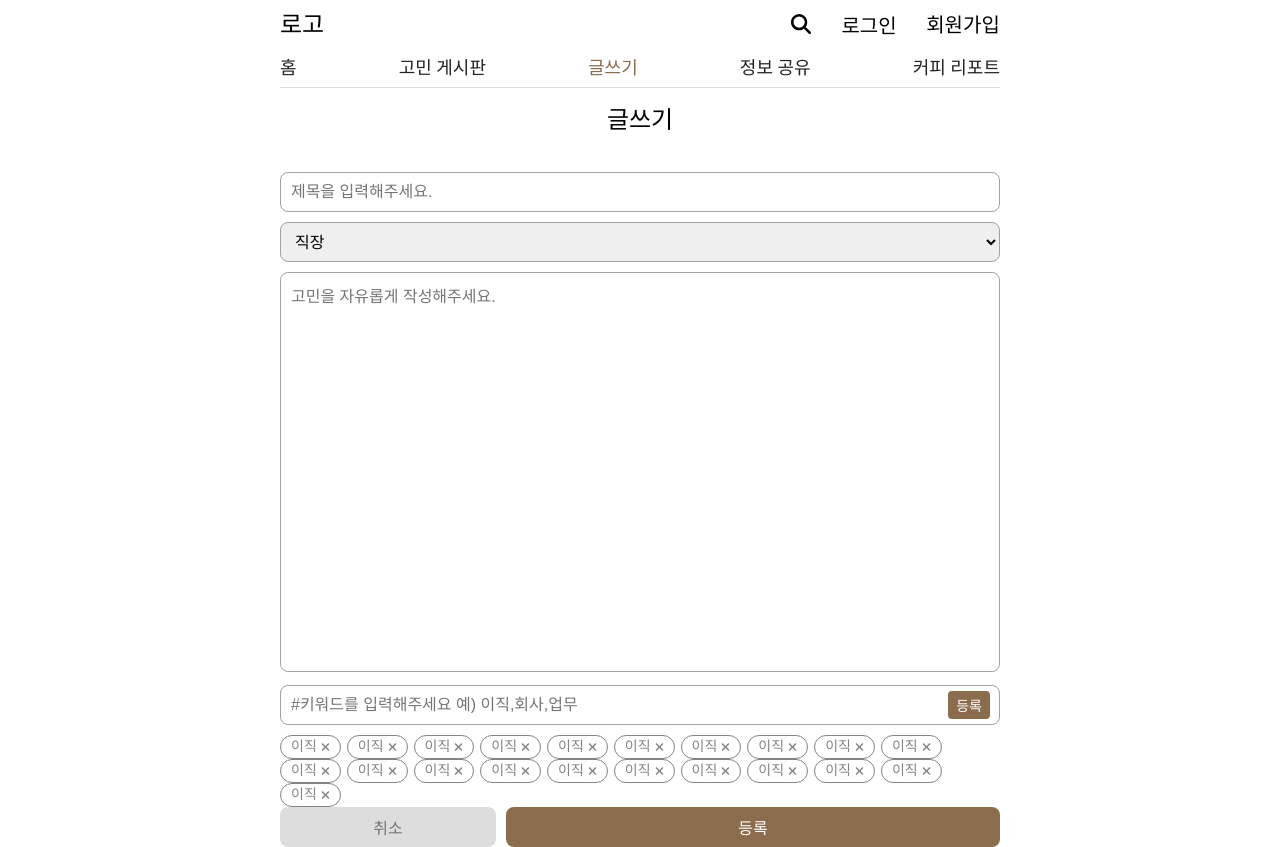
Repository: zlazlazla35/coffee
Page: /writing
These files come from the project's save history. The page is drawn as it stood at one moment and after the next save; the edit follows.
The browser window is 1280 px wide. The pictures show the whole page.
The page's requests for data from a server got no answer. Some web fonts or font styles are not loaded; a fallback is used. The project was rebuilt for these pictures with package versions that can differ from the ones it lists, and the page was loaded fresh each time. The framework's server and built-in components were replaced by stand-ins that run in the browser. No one was signed in, and anything a server would have sent is missing. Also part of the build but not shown: next.config.mjs, src/app/LogOutButton.js.

Above is the page before, as saved 2025-01-08 17:44:00.

After the next save:
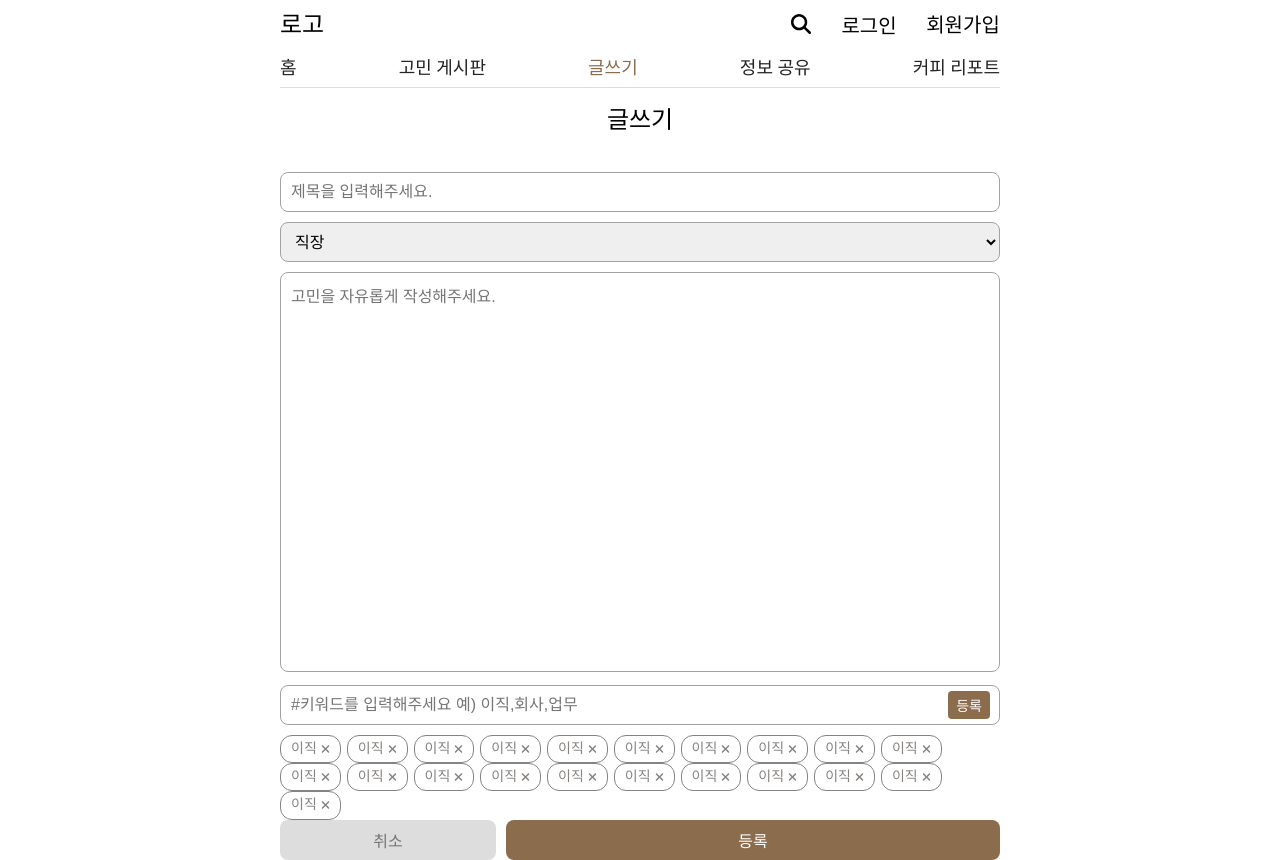
Saved 13 s later.
--- a/src/app/globals.css
+++ b/src/app/globals.css
@@ -122,7 +122,7 @@
 .writing textarea {width: 100%; height: 400px; box-sizing: border-box; padding: 10px; font-size: 16px; margin-bottom: 10px; border-radius: 8px; border: 1px solid #a2a2a2;}
 .writing .keyWord_box {position: relative; margin-bottom: 10px;}
 .writing .keyWord_box .keyWord_btn{position: absolute; right: 10px; top: 50%; transform: translateY(-50%); margin: 0; padding: 4px 8px; background: #8b6d4e; color: #fff; font-size: 14px; border: none; border-radius: 4px;}
-.writing .keyWord_tag {width: 100%; float: left;}
+.writing .keyWord_tag {width: 100%; float: left; line-height: 1.3;}
 .writing .keyWord_tag li { float: left; display: inline-block; border: 1px solid #868380; color: #868380; box-sizing: border-box; padding: 4px 10px; border-radius: 12px; margin-right: 6px; font-size: 14px;}
 .writing .keyWord_tag li:last-child {margin-right: 0;}
 .writing .keyWord_tag li svg {font-size: 12px; margin-left: 4px;}

After the save that followed:
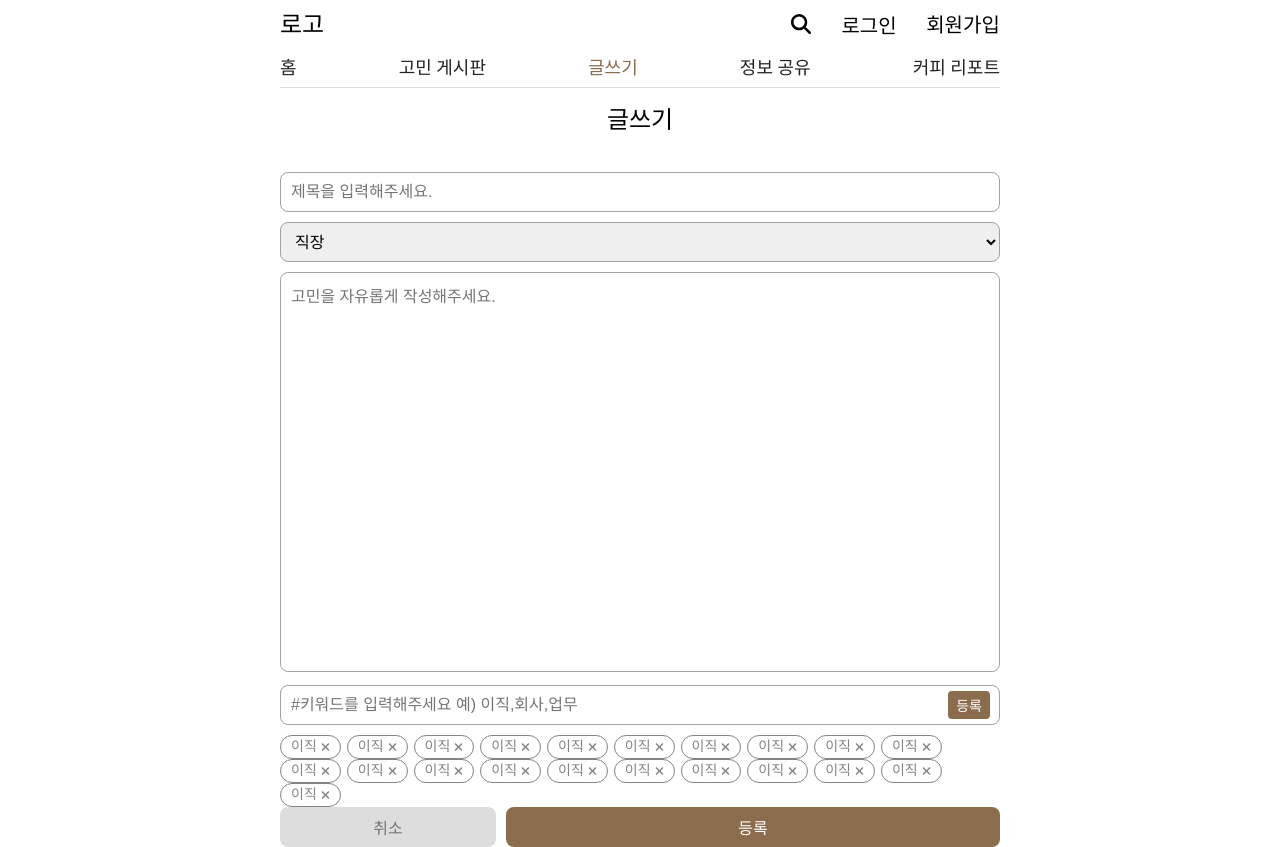
Saved 7 s later.
--- a/src/app/globals.css
+++ b/src/app/globals.css
@@ -122,7 +122,7 @@
 .writing textarea {width: 100%; height: 400px; box-sizing: border-box; padding: 10px; font-size: 16px; margin-bottom: 10px; border-radius: 8px; border: 1px solid #a2a2a2;}
 .writing .keyWord_box {position: relative; margin-bottom: 10px;}
 .writing .keyWord_box .keyWord_btn{position: absolute; right: 10px; top: 50%; transform: translateY(-50%); margin: 0; padding: 4px 8px; background: #8b6d4e; color: #fff; font-size: 14px; border: none; border-radius: 4px;}
-.writing .keyWord_tag {width: 100%; float: left; line-height: 1.3;}
+.writing .keyWord_tag {width: 100%; float: left; }
 .writing .keyWord_tag li { float: left; display: inline-block; border: 1px solid #868380; color: #868380; box-sizing: border-box; padding: 4px 10px; border-radius: 12px; margin-right: 6px; font-size: 14px;}
 .writing .keyWord_tag li:last-child {margin-right: 0;}
 .writing .keyWord_tag li svg {font-size: 12px; margin-left: 4px;}
